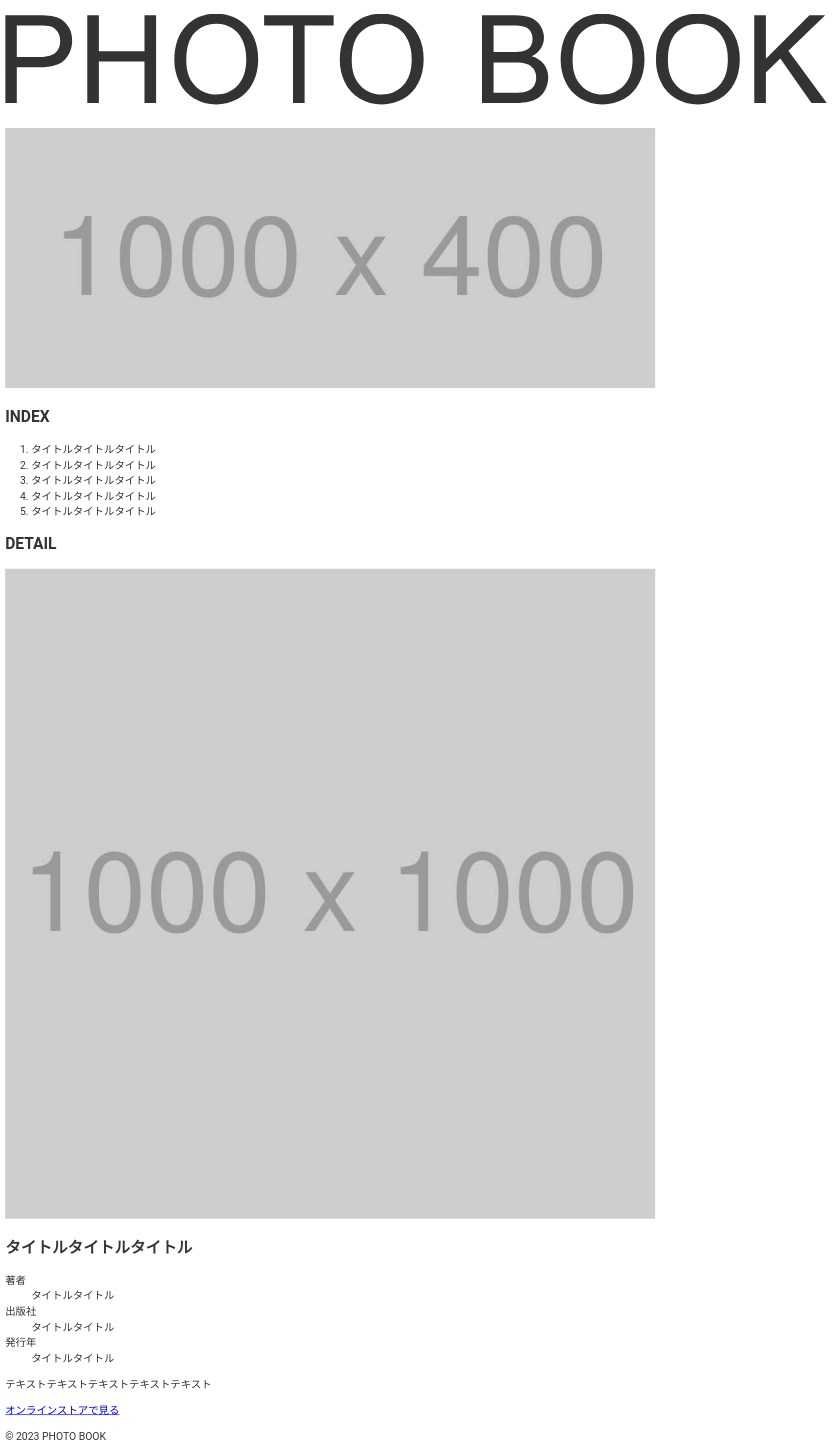
Repository: Fuki-san/photo-book-1
Page: http://localhost/photo
An editor plug-in stored every save of this project. The page is shown before and after the next save, followed by the edit.
The browser window is 1280 px wide. The pictures show the whole page, at 65% of full size.
The page is served by the project's Laravel application, run on PHP 8.4 with Laravel 10. Other server files are loaded and not shown.

Above is the page before, as saved 2023-11-28 15:50:29.

### routes/web.php
<?php

use Illuminate\Support\Facades\Route;

/*
|--------------------------------------------------------------------------
| Web Routes
|--------------------------------------------------------------------------
|
| Here is where you can register web routes for your application. These
| routes are loaded by the RouteServiceProvider and all of them will
| be assigned to the "web" middleware group. Make something great!
|
*/

Route::get('/', function () {
    return view('welcome');
});

Route::get('photo', function () {
    return view('photo');
});

### resources/views/photo.blade.php
@extends('layouts.main')

@section('title', 'photo')

@section('content')
    <div class="container">
        <header id="header">
            <h1 class="site-title"><a href="#"><img src="img/logo.svg" alt=""></a></h1>
        </header>

        <main>
            <div class="mainvisual">
                <img src="img/mainvisual.jpg" alt="">
            </div>
            <section id="index">
                <div class="content">
                    <h2 class="sec-title">INDEX</h2>
                    <ol class="index-list">
                        <li>タイトルタイトルタイトル</li>
                        <li>タイトルタイトルタイトル</li>
                        <li>タイトルタイトルタイトル</li>
                        <li>タイトルタイトルタイトル</li>
                        <li>タイトルタイトルタイトル</li>
                    </ol>
                </div>
            </section>

            <section id="detail">
                <div class="content">
                    <h2 class="sec-title">DETAIL</h2>
                    <div class="detail-img"><img src="img/detail.jpg" alt=""></div>
                    <div class="text">
                        <h2 class="title">タイトルタイトルタイトル</h2>
                        <dl class="detail-deflist">
                            <dt>著者</dt><dd>タイトルタイトル</dd>
                            <dt>出版社</dt><dd>タイトルタイトル</dd>
                            <dt>発行年</dt><dd>タイトルタイトル</dd>
                        </dl>
                        <p>テキストテキストテキストテキストテキスト</p>
                        <a href="#">オンラインストアで見る</a>
                    </div>
                </div>
            </section>
        </main>

        <footer id="footer">
            <p class="copyright">&copy; 2023 PHOTO BOOK</p>
        </footer>

    </div>
@endsection

### resources/views/layouts/main.blade.php
<!DOCTYPE html>
<html lang="ja">
<head>
    <meta charset="UTF-8">
    <meta name="viewport" content="width=device-width, initial-scale=1.0">
    <meta http-equiv="X-UA-Compatible" content="ie=edge">
    <link rel="stylesheet" href="{{ asset('css/reset.css') }}">
    <link rel="stylesheet" href="{{ asset('css/style.css') }}">
    <link rel="icon" href="img/favicon.ico">
    <title>@yield('title')</title>
</head>
<body>
    @yield('content')
</body>
</html>

### public/css/style.css
@charset "utf-8";

html{
    font-size: 100%;
}
img{
    max-width: 100%;
}
body{
    font-family: 'Roboto', sans-serif;
    font-size: 1rem;
    line-height: 1.5;
    color: #333;
    background-color: #fff;
}

### public/img/logo.svg
<?xml version="1.0" encoding="utf-8"?>
<!-- Generator: Adobe Illustrator 15.1.0, SVG Export Plug-In . SVG Version: 6.00 Build 0)  -->
<!DOCTYPE svg PUBLIC "-//W3C//DTD SVG 1.1//EN" "http://www.w3.org/Graphics/SVG/1.1/DTD/svg11.dtd">
<svg version="1.1" id="レイヤー_1" xmlns="http://www.w3.org/2000/svg" xmlns:xlink="http://www.w3.org/1999/xlink" x="0px"
	 y="0px" width="1400px" height="156px" viewBox="0 0 1400 156" enable-background="new 0 0 1400 156" xml:space="preserve">
<g>
	<path fill="#333333" d="M0,152.092V2.65h56.373c9.92,0,17.498,0.477,22.731,1.428c7.34,1.223,13.49,3.552,18.451,6.982
		c4.96,3.433,8.953,8.241,11.978,14.425c3.022,6.185,4.536,12.98,4.536,20.387c0,12.709-4.043,23.463-12.129,32.264
		c-8.09,8.802-22.699,13.202-43.834,13.202h-38.33v60.754H0z M19.775,73.702h38.636c12.775,0,21.847-2.379,27.217-7.136
		c5.369-4.757,8.053-11.451,8.053-20.082c0-6.252-1.581-11.604-4.741-16.056c-3.16-4.45-7.324-7.391-12.487-8.817
		c-3.33-0.883-9.481-1.325-18.452-1.325H19.775V73.702z"/>
	<path fill="#333333" d="M139.859,152.092V2.65h19.776v61.367h77.677V2.65h19.775v149.441h-19.775V81.652h-77.677v70.439H139.859z"
		/>
	<path fill="#333333" d="M288.174,79.309c0-24.805,6.66-44.224,19.98-58.258C321.473,7.019,338.667,0,359.735,0
		c13.795,0,26.232,3.298,37.309,9.889c11.076,6.593,19.521,15.784,25.332,27.574c5.811,11.791,8.716,25.163,8.716,40.112
		c0,15.155-3.059,28.713-9.175,40.674c-6.116,11.961-14.781,21.016-25.993,27.166c-11.214,6.15-23.311,9.226-36.291,9.226
		c-14.067,0-26.641-3.398-37.717-10.194c-11.079-6.794-19.471-16.071-25.179-27.829C291.029,104.86,288.174,92.425,288.174,79.309z
		 M308.562,79.614c0,18.01,4.843,32.197,14.527,42.559c9.684,10.364,21.831,15.546,36.442,15.546
		c14.884,0,27.131-5.231,36.75-15.699c9.615-10.464,14.423-25.313,14.423-44.546c0-12.165-2.057-22.784-6.167-31.856
		c-4.112-9.071-10.126-16.106-18.043-21.101c-7.917-4.995-16.804-7.493-26.656-7.493c-14,0-26.046,4.81-36.137,14.425
		C313.608,41.065,308.562,57.121,308.562,79.614z"/>
	<path fill="#333333" d="M490.425,152.092V20.286h-49.237V2.65h118.451v17.636h-49.439v131.806H490.425z"/>
	<path fill="#333333" d="M570.14,79.309c0-24.805,6.658-44.224,19.979-58.258C603.438,7.019,620.632,0,641.7,0
		c13.794,0,26.23,3.298,37.309,9.889c11.076,6.593,19.522,15.784,25.331,27.574c5.813,11.791,8.717,25.163,8.717,40.112
		c0,15.155-3.059,28.713-9.176,40.674c-6.114,11.961-14.779,21.016-25.992,27.166s-23.311,9.226-36.291,9.226
		c-14.068,0-26.641-3.398-37.717-10.194c-11.078-6.794-19.47-16.071-25.179-27.829C572.994,104.86,570.14,92.425,570.14,79.309z
		 M590.526,79.614c0,18.01,4.843,32.197,14.527,42.559c9.685,10.364,21.83,15.546,36.442,15.546
		c14.883,0,27.132-5.231,36.748-15.699c9.615-10.464,14.424-25.313,14.424-44.546c0-12.165-2.057-22.784-6.166-31.856
		c-4.113-9.071-10.127-16.106-18.043-21.101c-7.918-4.995-16.804-7.493-26.658-7.493c-14,0-26.044,4.81-36.136,14.425
		C595.572,41.065,590.526,57.121,590.526,79.614z"/>
	<path fill="#333333" d="M812.43,152.092V2.65h56.066c11.416,0,20.573,1.514,27.472,4.537c6.896,3.024,12.3,7.68,16.209,13.966
		c3.907,6.286,5.861,12.861,5.861,19.724c0,6.39-1.732,12.404-5.198,18.044c-3.467,5.641-8.7,10.193-15.7,13.659
		c9.039,2.65,15.987,7.172,20.848,13.558c4.857,6.389,7.289,13.933,7.289,22.631c0,7-1.479,13.506-4.435,19.521
		c-2.957,6.016-6.612,10.652-10.958,13.915c-4.352,3.261-9.806,5.726-16.363,7.391c-6.558,1.666-14.593,2.497-24.106,2.497H812.43z
		 M832.206,65.444h32.313c8.768,0,15.053-0.576,18.859-1.733c5.027-1.493,8.818-3.975,11.366-7.439
		c2.548-3.468,3.822-7.815,3.822-13.049c0-4.961-1.188-9.328-3.567-13.099c-2.38-3.773-5.776-6.354-10.192-7.748
		c-4.419-1.393-11.997-2.09-22.733-2.09h-29.868V65.444z M832.206,134.457h37.208c6.386,0,10.872-0.237,13.455-0.715
		c4.552-0.814,8.358-2.173,11.417-4.077c3.058-1.901,5.571-4.672,7.544-8.308c1.971-3.634,2.956-7.832,2.956-12.589
		c0-5.571-1.428-10.414-4.281-14.526c-2.854-4.111-6.814-6.999-11.876-8.665c-5.063-1.664-12.354-2.497-21.865-2.497h-34.558
		V134.457z"/>
	<path fill="#333333" d="M946.479,79.309c0-24.805,6.659-44.224,19.979-58.258C979.776,7.019,996.972,0,1018.039,0
		c13.794,0,26.23,3.298,37.309,9.889c11.077,6.593,19.521,15.784,25.331,27.574c5.812,11.791,8.717,25.163,8.717,40.112
		c0,15.155-3.058,28.713-9.175,40.674s-14.781,21.016-25.994,27.166s-23.311,9.226-36.29,9.226
		c-14.068,0-26.641-3.398-37.717-10.194c-11.078-6.794-19.47-16.071-25.18-27.829C949.332,104.86,946.479,92.425,946.479,79.309z
		 M966.865,79.614c0,18.01,4.842,32.197,14.526,42.559c9.685,10.364,21.83,15.546,36.442,15.546
		c14.884,0,27.133-5.231,36.749-15.699c9.615-10.464,14.424-25.313,14.424-44.546c0-12.165-2.057-22.784-6.166-31.856
		c-4.113-9.071-10.127-16.106-18.044-21.101c-7.917-4.995-16.803-7.493-26.657-7.493c-14.001,0-26.044,4.81-36.136,14.425
		C971.91,41.065,966.865,57.121,966.865,79.614z"/>
	<path fill="#333333" d="M1108.865,79.309c0-24.805,6.66-44.224,19.979-58.258C1142.163,7.019,1159.357,0,1180.426,0
		c13.794,0,26.23,3.298,37.31,9.889c11.076,6.593,19.521,15.784,25.332,27.574c5.811,11.791,8.715,25.163,8.715,40.112
		c0,15.155-3.059,28.713-9.175,40.674c-6.115,11.961-14.779,21.016-25.993,27.166s-23.312,9.226-36.29,9.226
		c-14.068,0-26.642-3.398-37.719-10.194c-11.078-6.794-19.469-16.071-25.177-27.829
		C1111.719,104.86,1108.865,92.425,1108.865,79.309z M1129.254,79.614c0,18.01,4.842,32.197,14.525,42.559
		c9.684,10.364,21.831,15.546,36.442,15.546c14.882,0,27.131-5.231,36.749-15.699c9.615-10.464,14.424-25.313,14.424-44.546
		c0-12.165-2.057-22.784-6.167-31.856c-4.113-9.071-10.127-16.106-18.043-21.101c-7.917-4.995-16.804-7.493-26.658-7.493
		c-13.999,0-26.044,4.81-36.135,14.425C1134.298,41.065,1129.254,57.121,1129.254,79.614z"/>
	<path fill="#333333" d="M1276.45,152.092V2.65h19.776V76.76l74.211-74.109h26.81l-62.691,60.552l65.444,88.89h-26.096
		l-53.213-75.638l-24.465,23.854v51.784H1276.45z"/>
</g>
</svg>

After the next save:
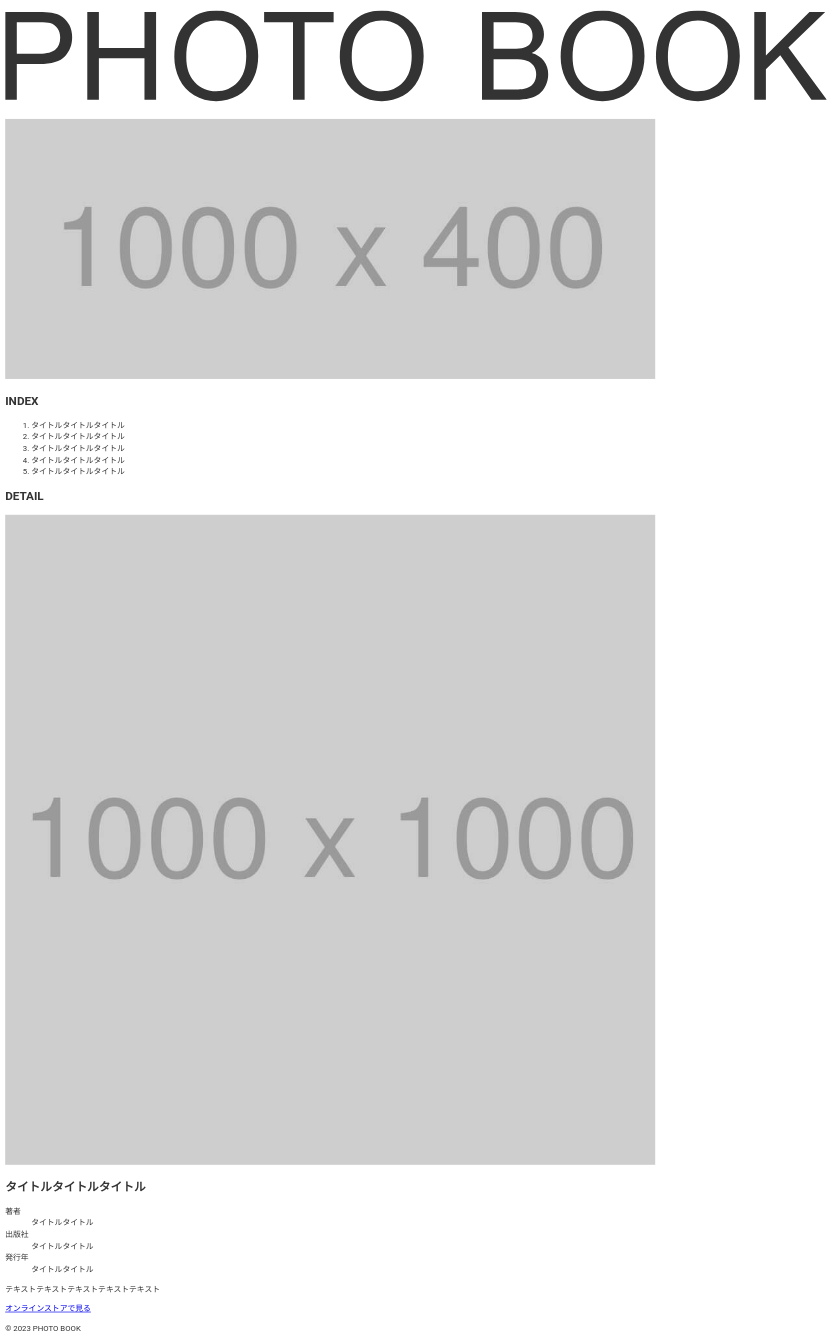
Saved 18 s later.
--- a/public/css/style.css
+++ b/public/css/style.css
@@ -8,7 +8,7 @@ img{
 }
 body{
     font-family: 'Roboto', sans-serif;
-    font-size: 1rem;
+    font-size: 0.75rem;
     line-height: 1.5;
     color: #333;
     background-color: #fff;
